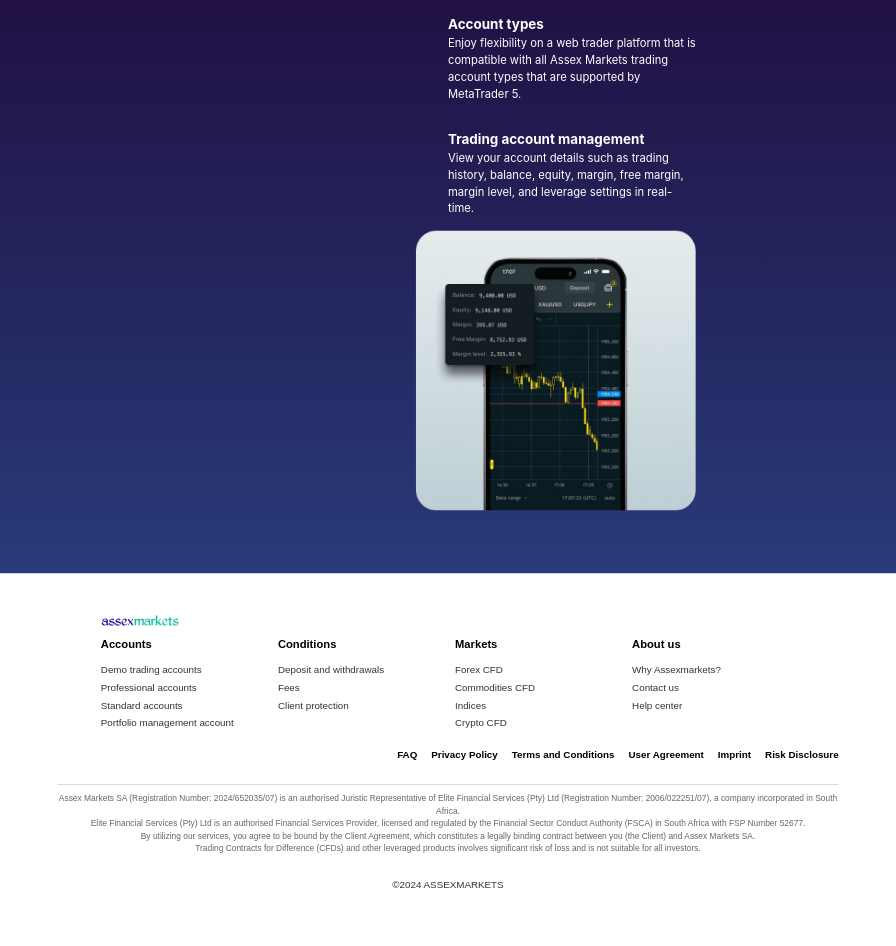
Repository: RevenewMarketing/Assex
Page: /webinar
An editor plug-in stored every save of this project. The page is shown before and after the next save, followed by the edit.
The browser window is 1280 px wide. The pictures show the part of the page from y = 2485 to 4405 px (the page is 3836 px tall before and 4405 px after), at 70% of full size.
The project was rebuilt for these pictures with package versions that can differ from the ones it lists, and the page was loaded fresh each time. Also part of the build but not shown: vite.config.ts, src/pages/home/sections/HeroSection.module.css, src/pages/home/sections/HeroSection.tsx, src/pages/home/sections/Section2.tsx, src/pages/home/sections/Section3.tsx, src/pages/home/sections/Section4.tsx, src/pages/home/sections/Section5.tsx, src/pages/home/sections/Section6.tsx and 32 more.

Above is the page before, as saved 2024-11-29 12:40:55.

After the next save:
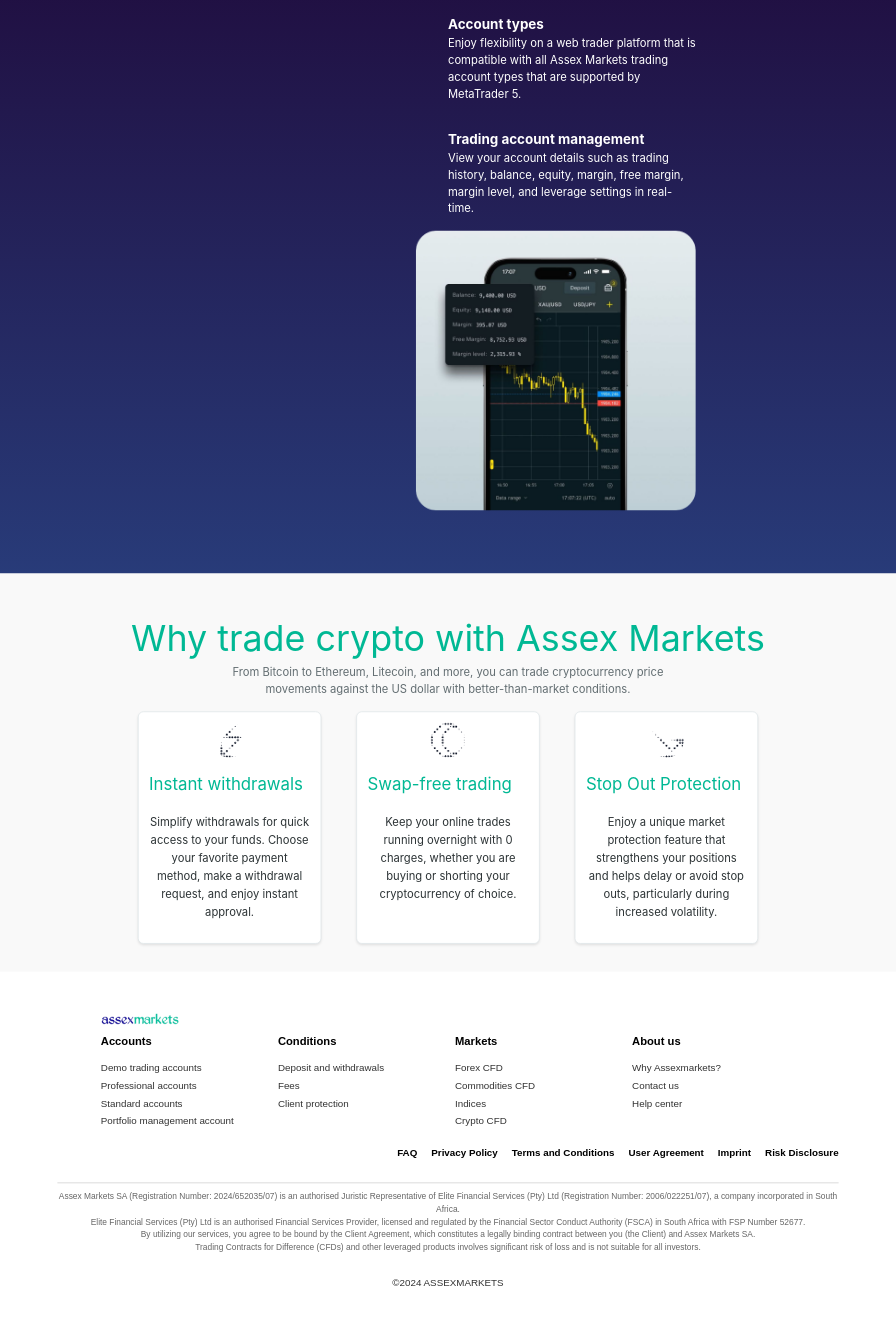
Saved 30 s later.
--- a/src/pages/web-terminal/Webinar.tsx
+++ b/src/pages/web-terminal/Webinar.tsx
@@ -3,6 +3,7 @@
 import Section2 from "./sections/Section2"
 import Section3 from "./sections/Section3"
 import Section4 from "./sections/Section4"
+import Section5 from "./sections/Section5"
 
 
 
@@ -14,6 +15,7 @@
       <Section2 />
       <Section3 />
       <Section4 />
+      <Section5 />
 
     </div>
   )
